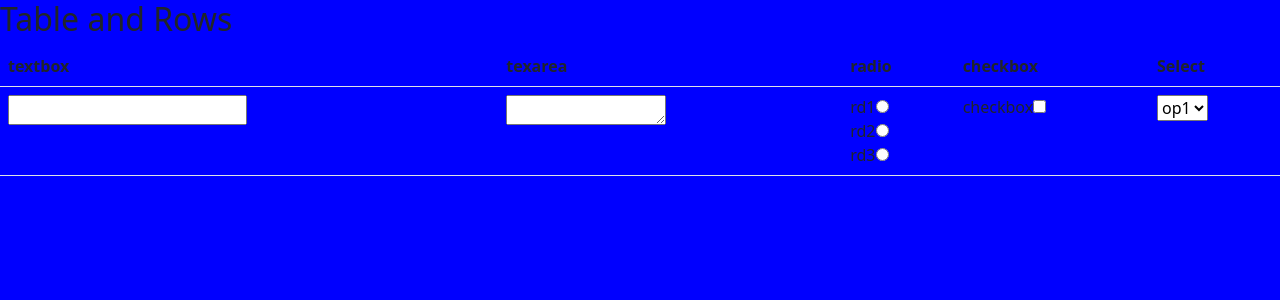
Repository: ishanbassi/iotasol-assignments
Page: /iotasol/work-8
These files come from the project's save history. The page is drawn as it stood at one moment and after the next save; the edit follows.
The browser window is 1280 px wide. The pictures show the whole page.
The project was rebuilt for these pictures with package versions that can differ from the ones it lists, and the page was loaded fresh each time. Some packages were replaced by stand-ins written for this rebuild. The framework's server and built-in components were replaced by stand-ins that run in the browser. Also part of the build but not shown: styles/global.css.

Above is the page before, as saved 2022-11-09 12:36:16.

After the next save:
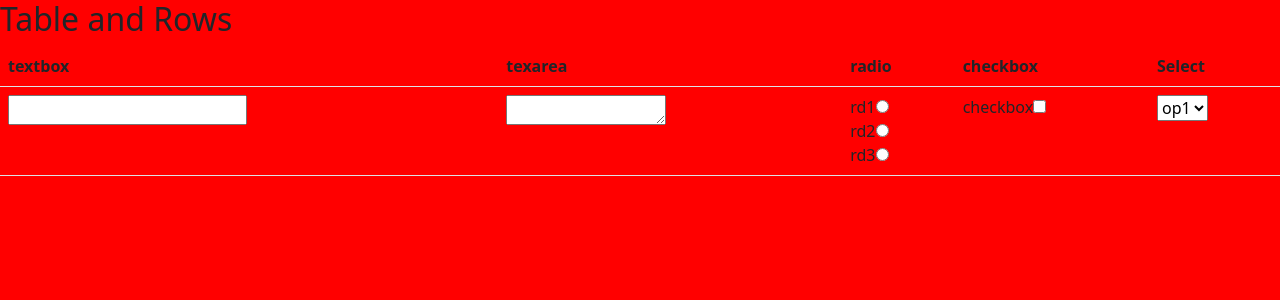
Saved 35 s later.
--- a/pages/iotasol/work-8.tsx
+++ b/pages/iotasol/work-8.tsx
@@ -53,7 +53,7 @@ export default function App() {
             </Table>
             <style jsx>{`
                     body{
-                        background:blue;
+                        background:red;
                     }
                 `}
 
